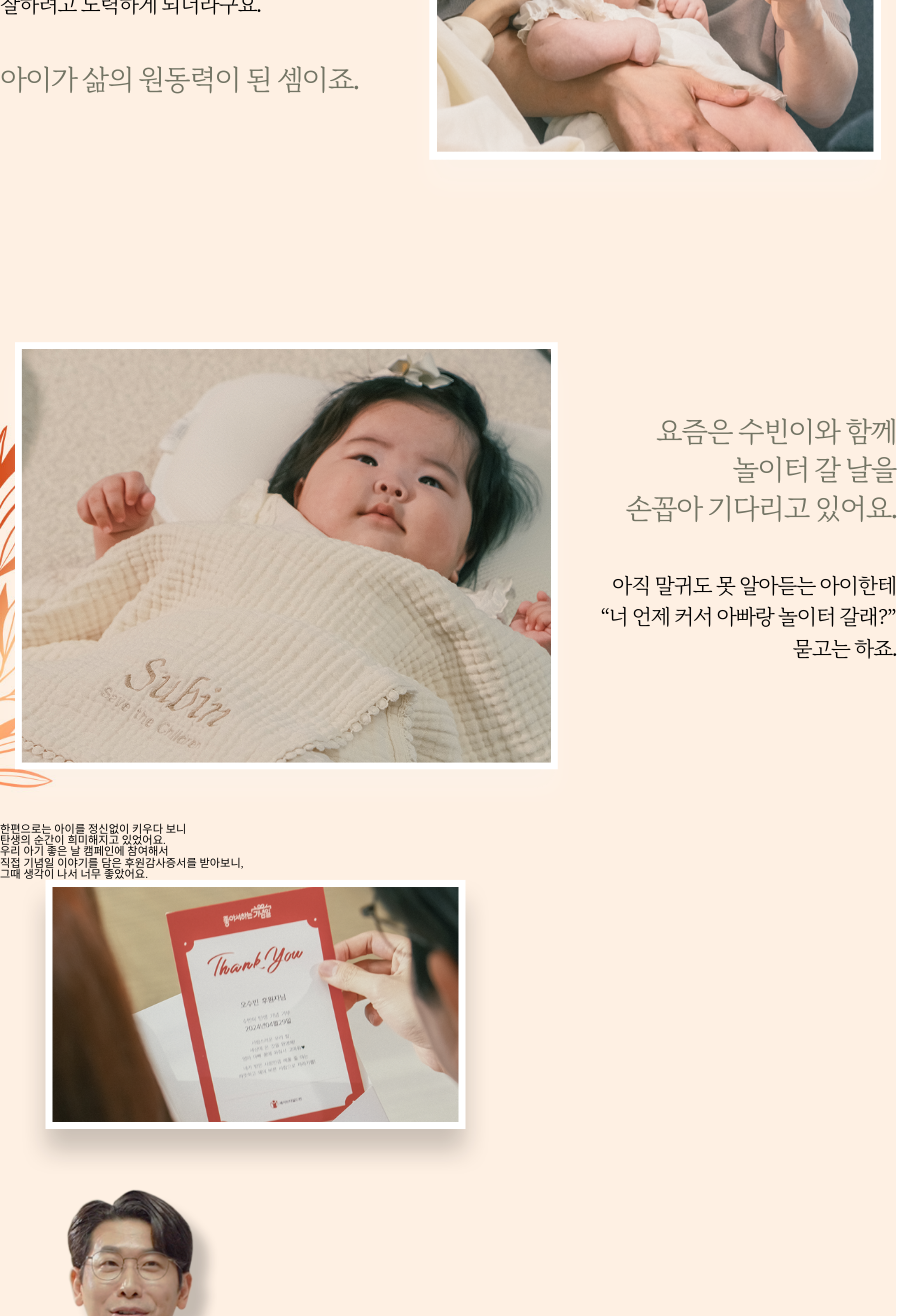
Repository: dlgywls1130/saveTheChildren
Page: index.html
An editor plug-in stored every save of this project. The page is shown before and after the next save, followed by the edit.
The browser window is 1280 px wide. The page is 1293 px wide, so the pictures cover 1293 px, including what lies to the right of the window. The pictures show the part of the page from y = 4620 to 6500 px (the page is 10828 px tall before and 10700 px after), at 70% of full size.
Some web fonts or font styles are not loaded; a fallback is used. The style sheet was rebuilt from its Sass, Less or Tailwind sources for each picture, by a compiler version that may differ from the author's.

Above is the page before, as saved 2024-11-01 22:53:21.

After the next save:
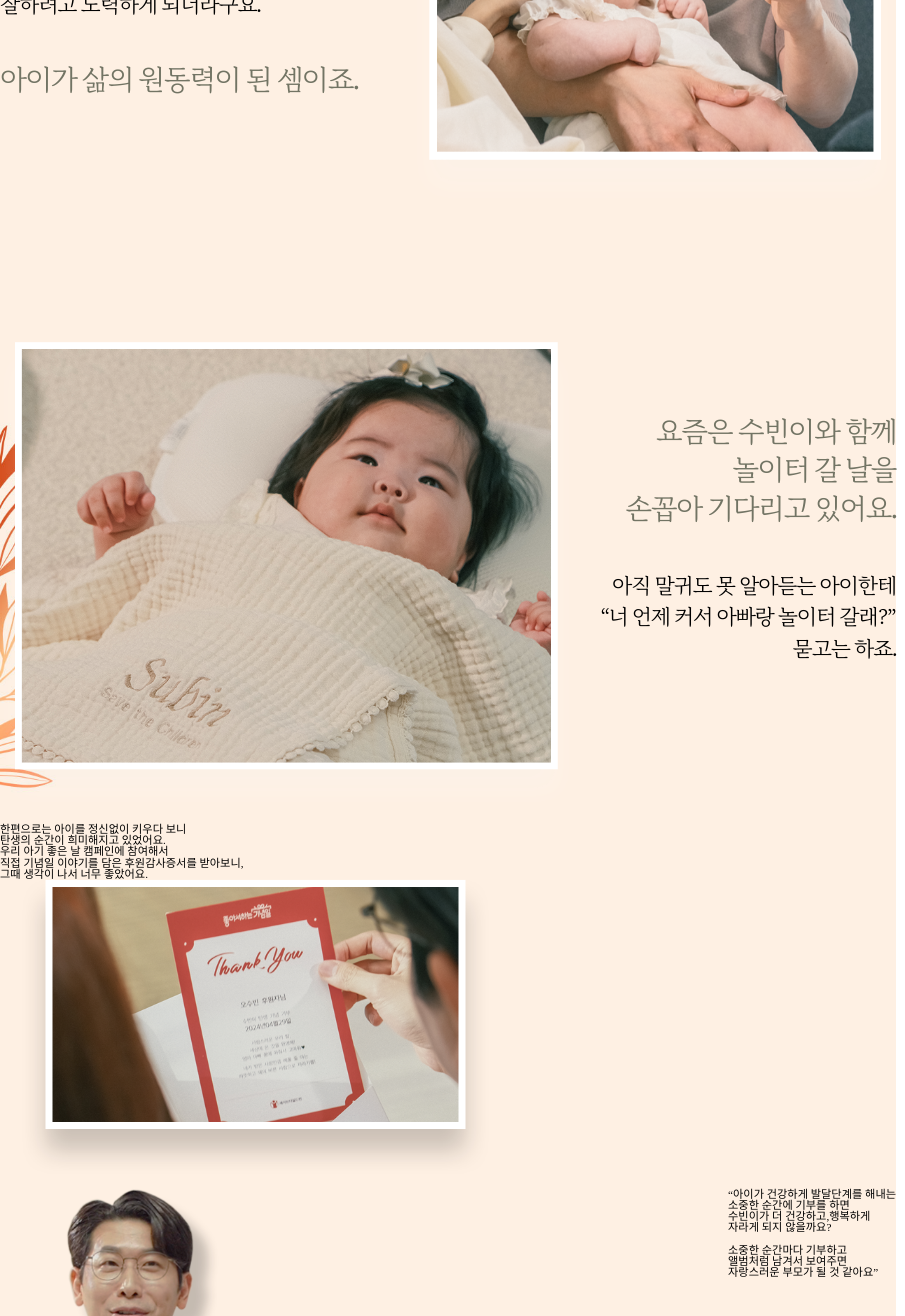
Saved 91 s later.
--- a/css/common.scss
+++ b/css/common.scss
@@ -586,5 +586,20 @@ $sides: (
                 }
             }
         }
-    }
-}
+
+        .story_05{
+            .story_05_01{
+                display: flex;
+                justify-content: space-between;
+
+                .img_story{
+                    width: 600px;
+                    height: auto;
+                }
+            }
+
+
+
+        }
+    }
+}
